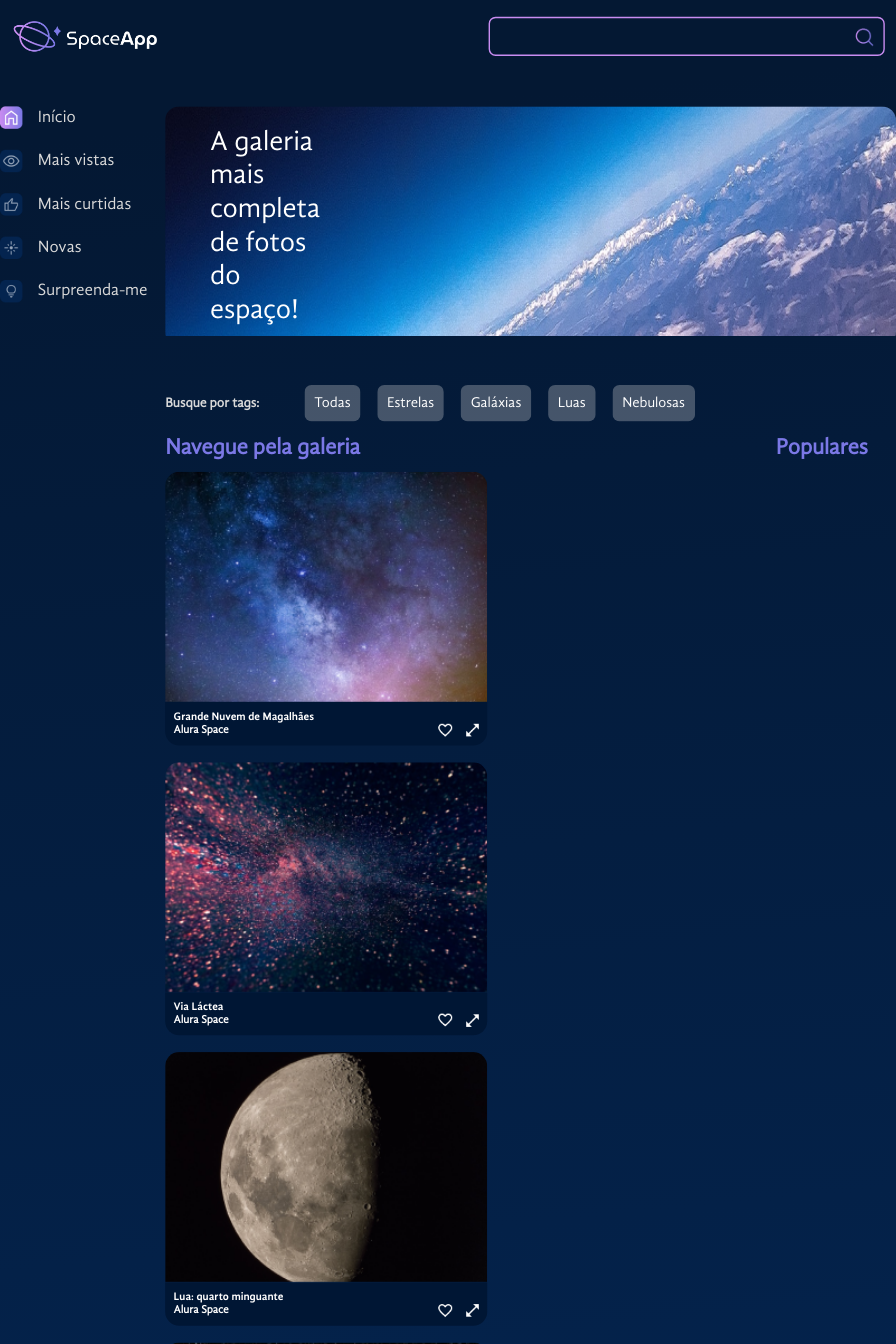
Repository: guilhermecardoso93/space-app-alura
Page: /
An editor plug-in stored every save of this project. The page is shown before and after the next save, followed by the edit.
The browser window is 1280 px wide. The pictures show the part of the page from y = 0 to 1920 px (the page is 4794 px tall before and 720 px after), at 70% of full size.
The project was rebuilt for these pictures with package versions that can differ from the ones it lists, and the page was loaded fresh each time. Also part of the build but not shown: vite.config.js.

Above is the page before, as saved 2024-06-23 17:16:42.

After the next save:
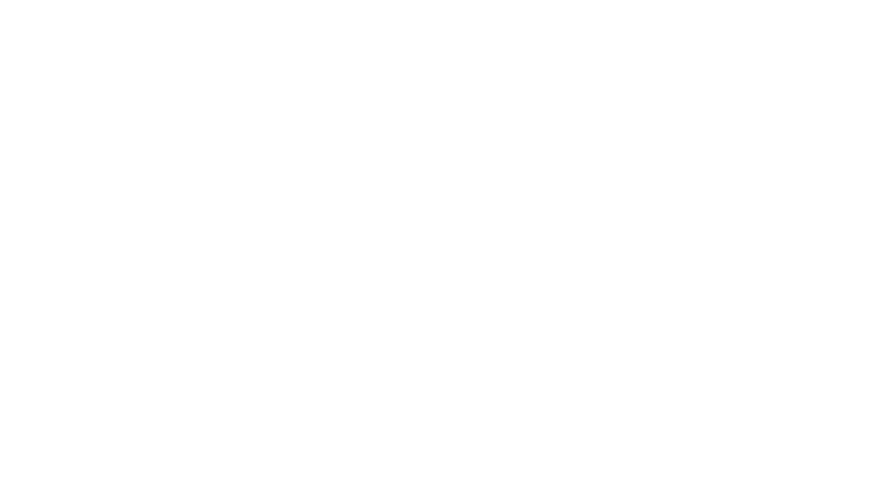
Console error: ReferenceError: aoZoomSolicitado is not defined
Saved 4 min 27 s later.
--- a/src/components/Gallery/Imagem/index.jsx
+++ b/src/components/Gallery/Imagem/index.jsx
@@ -1,7 +1,7 @@
 import { BotaoIcone } from "../../BotaoIcone";
 import { Figure, Rodape } from "./styles";
 
-export function Imagem({ foto, expandida = false }) {
+export function Imagem({ foto, expandida = false.aoZoomSolicitado }) {
   return (
     <Figure $expandida={expandida} id={`foto-${foto.id}`}>
       <img src={foto.path} alt={foto.alt} />
@@ -13,7 +13,10 @@
             <img src="/icones/favorito.png" alt="Icone de favorito" />
           </BotaoIcone>
           {!expandida && (
-            <BotaoIcone aria-hidden={expandida}>
+            <BotaoIcone
+              aria-hidden={expandida}
+              onClick={aoZoomSolicitado(foto)}
+            >
               <img src="/icones/expandir.png" alt="Icone de expandir" />
             </BotaoIcone>
           )}

After the 3 saves that followed:
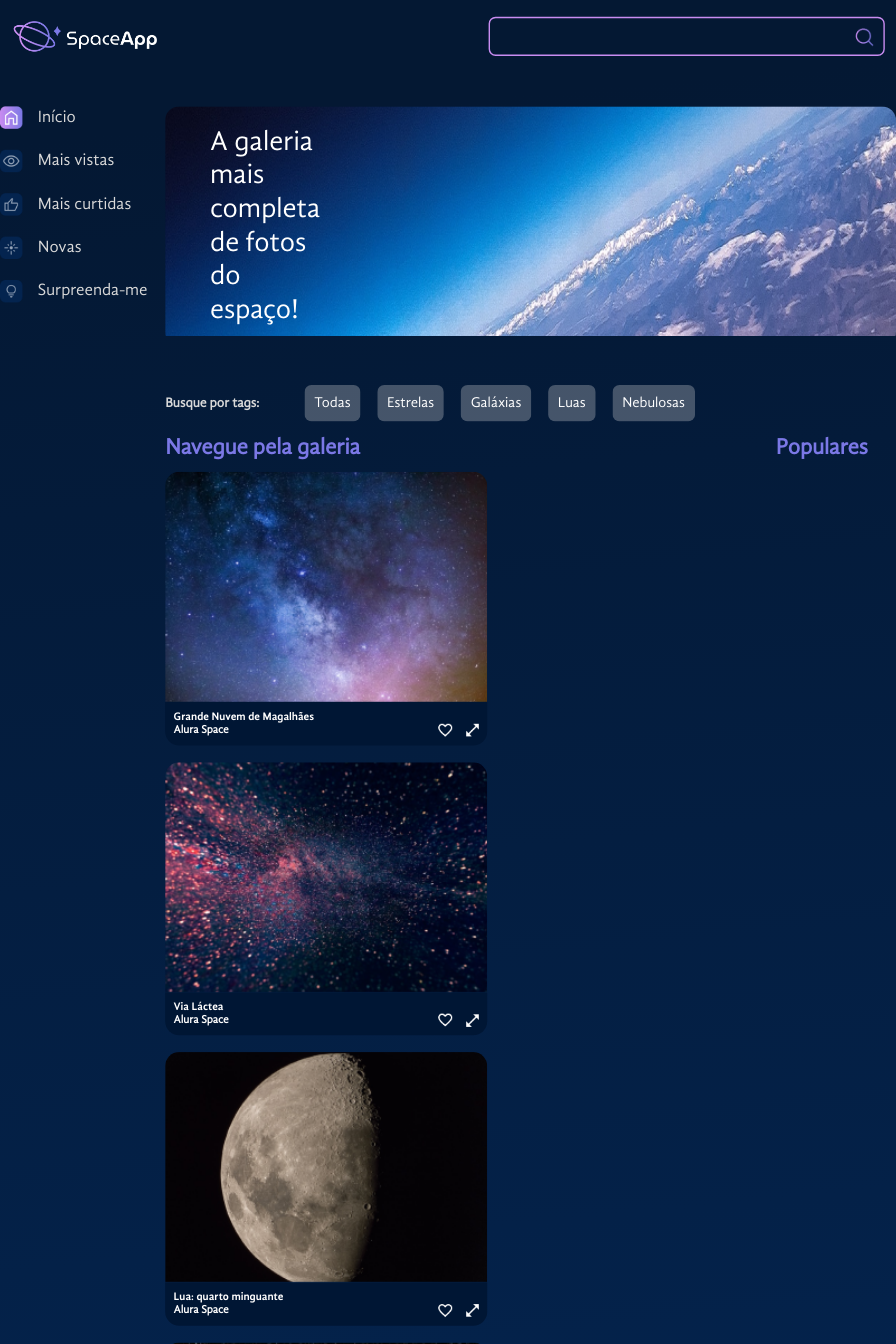
The error is gone.
The 3 saves are shown as one change because 2 left the picture as it was.
The last was saved 106 s later.
--- a/src/App.jsx
+++ b/src/App.jsx
@@ -32,11 +32,14 @@ export function App() {
               texto="A galeria mais completa de fotos do espaço!"
               backgroundImage={bannerBackground}
             />
-            <Gallery fotos={fotosDaGaleria} />
+            <Gallery
+              fotos={fotosDaGaleria}
+              aoFotoSelecionada={(foto) => setFotoSelecionada(foto)}
+            />
           </ConteudoGaleria>
         </MainContainer>
       </AppContainer>
-      <ModalZoom foto={fotoSelecionada}/>
+      <ModalZoom foto={fotoSelecionada} />
     </FundoGradiente>
   );
 }
--- a/src/components/Gallery/index.jsx
+++ b/src/components/Gallery/index.jsx
@@ -5,7 +5,7 @@ import { Tags } from "./Tags";
 
 import { GaleriaContainer, SecaoFluida, ImagensContainer } from "./styles";
 
-export function Gallery({ fotos = [] }) {
+export function Gallery({ fotos = [], aoFotoSelecionada }) {
   return (
     <div>
       <Tags />
@@ -14,7 +14,7 @@ export function Gallery({ fotos = [] }) {
           <Titulo>Navegue pela galeria</Titulo>
           <ImagensContainer>
             {fotos.map((foto) => (
-              <Imagem key={foto.id} foto={foto} />
+              <Imagem key={foto.id} foto={foto} aoZoomSolicitado={aoFotoSelecionada}/>
             ))}
           </ImagensContainer>
         </SecaoFluida>
--- a/src/components/Gallery/Imagem/index.jsx
+++ b/src/components/Gallery/Imagem/index.jsx
@@ -15,7 +15,7 @@
           {!expandida && (
             <BotaoIcone
               aria-hidden={expandida}
-              onClick={aoZoomSolicitado(foto)}
+              onClick={() => aoZoomSolicitado(foto)}
             >
               <img src="/icones/expandir.png" alt="Icone de expandir" />
             </BotaoIcone>
